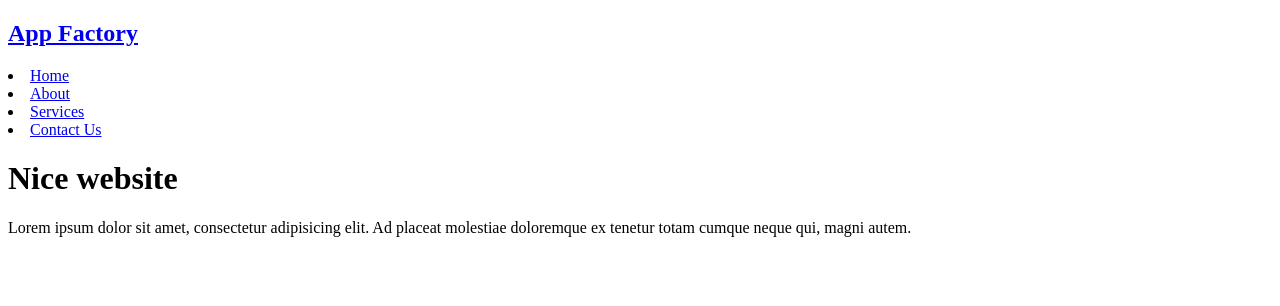
Repository: Samkiroko/app_factort_project_1
Page: index.html
The author's editor kept a copy of each file at every save. The page is drawn from the files as they stood at one save, then again after the next save.
The browser window is 1280 px wide. The pictures show the whole page.

Above is the page before, as saved 2023-02-03 15:46:46.

After the next save:
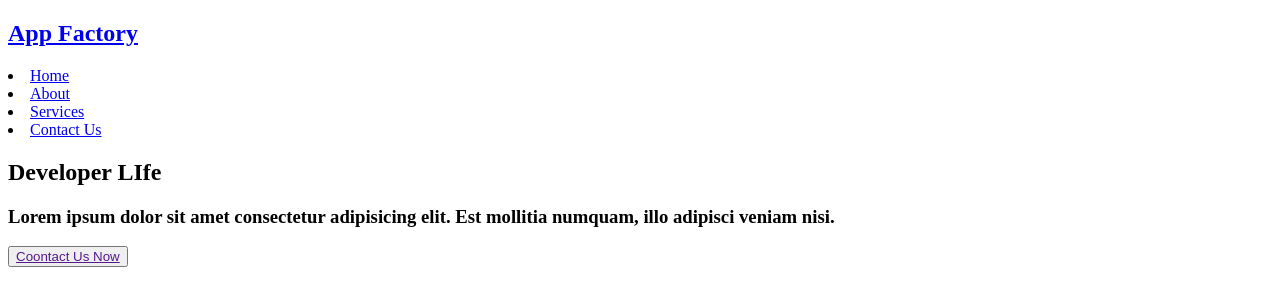
Saved 6 min 32 s later.
--- a/index.html
+++ b/index.html
@@ -23,12 +23,17 @@
       <!-- end Navbar -->
     </header>
 
-    <div>
-      <h1>Nice website</h1>
-      <p>
-        Lorem ipsum dolor sit amet, consectetur adipisicing elit. Ad placeat
-        molestiae doloremque ex tenetur totam cumque neque qui, magni autem.
-      </p>
-    </div>
+    <!-- Start hero page -->
+<section>
+  <div class="background-image"></div>
+  <div>
+    <h1>Developer LIfe</h1>
+    <h3>Lorem ipsum dolor sit amet consectetur adipisicing elit. Est mollitia numquam, illo adipisci veniam nisi.</h3>
+    <button>
+      <a href="">Coontact Us Now</a>
+    </button>
+  </div>
+</section>
+    <!-- End hero page -->
   </body>
 </html>
